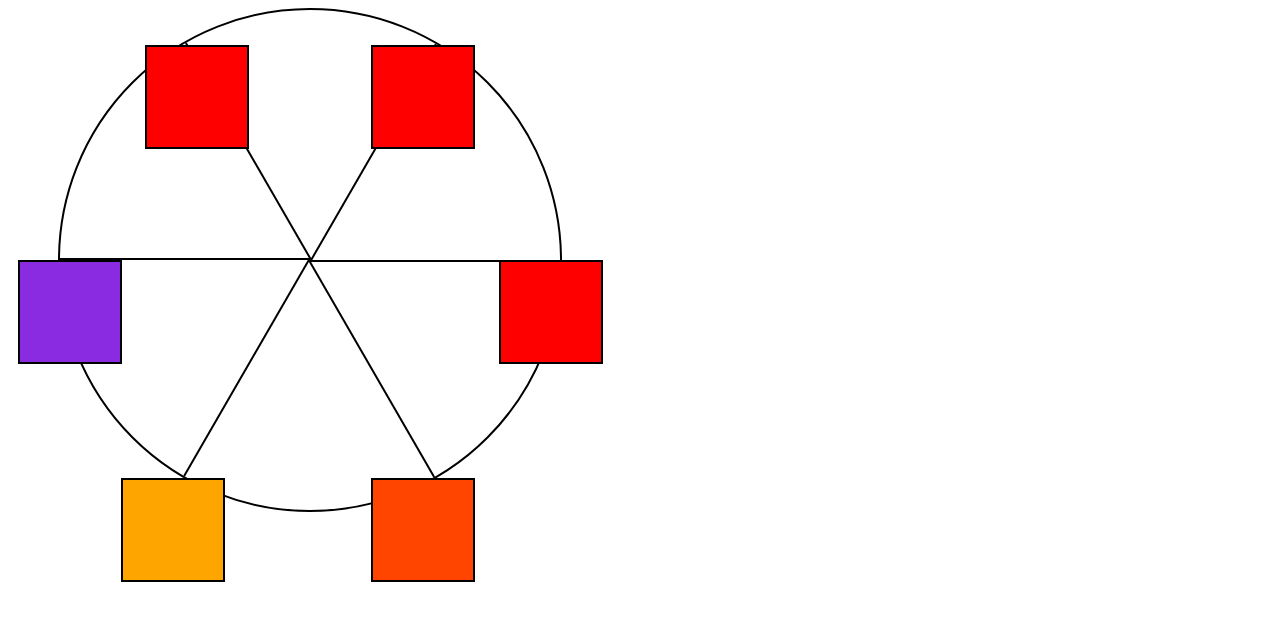
Repository: Lungdjos/ferris_wheel
Page: index.html
The author's editor kept a copy of each file at every save. The page is drawn from the files as they stood at one save, then again after a run of saves.
The browser window is 1280 px wide. The pictures show the whole page.

Above is the page before, as saved 2024-01-11 09:27:49.

After the next 2 saves:
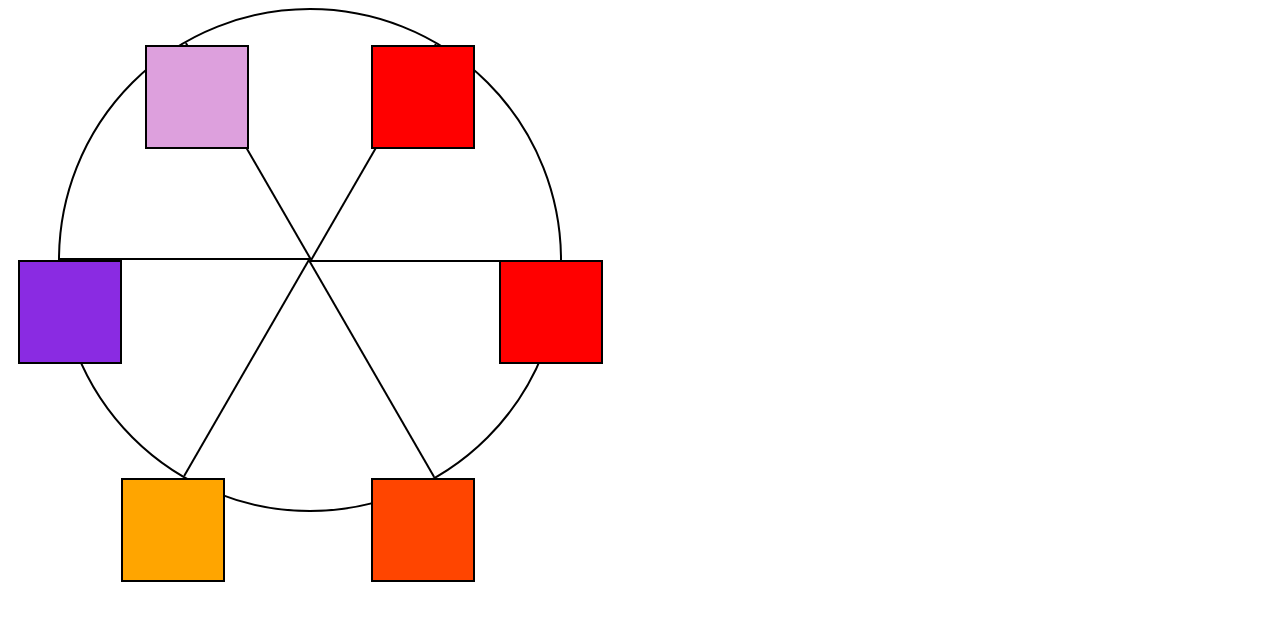
The 2 saves are shown as one change because they came seconds apart.
The last was saved 8 s later.
--- a/styles.css
+++ b/styles.css
@@ -82,7 +82,7 @@
 .cabin:nth-of-type(5) {
     left: 17%;
     top: 7%;
-    background-color: pu
+    background-color: plum;
 }
 
 .cabin:nth-of-type(6) {
